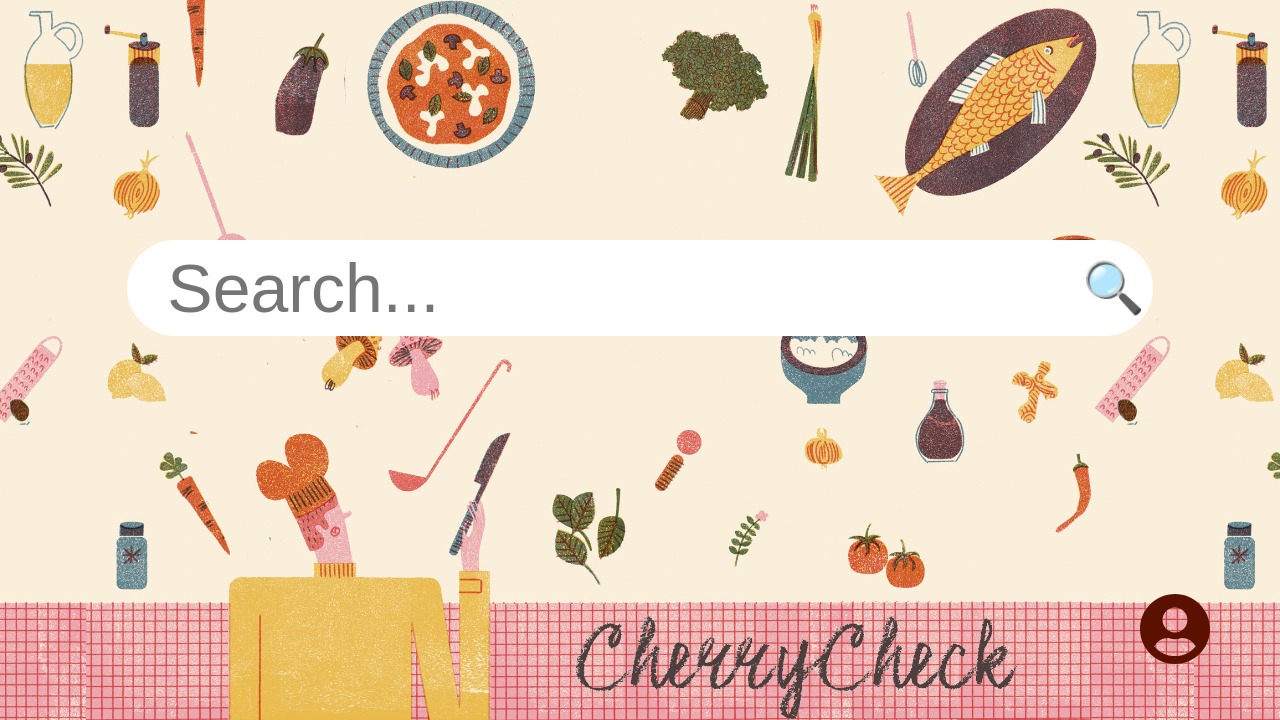
Repository: ChakavakNojavan/CherryCheck
Page: / (app in client/)
An editor plug-in stored every save of this project. The page is shown before and after the next save, followed by the edit.
The browser window is 1280 px wide. The pictures show the whole page.
The project was rebuilt for these pictures with package versions that can differ from the ones it lists, and the page was loaded fresh each time. Also part of the build but not shown: client/src/components/Loading.js, client/src/components/SingleProduct.js, client/src/components/UserProfile.js. Imported but missing from the stored project, and not drawn on this page: client/src/components/LogoutButton.

Above is the page before, as saved 2023-04-12 12:11:07.

After the next save:
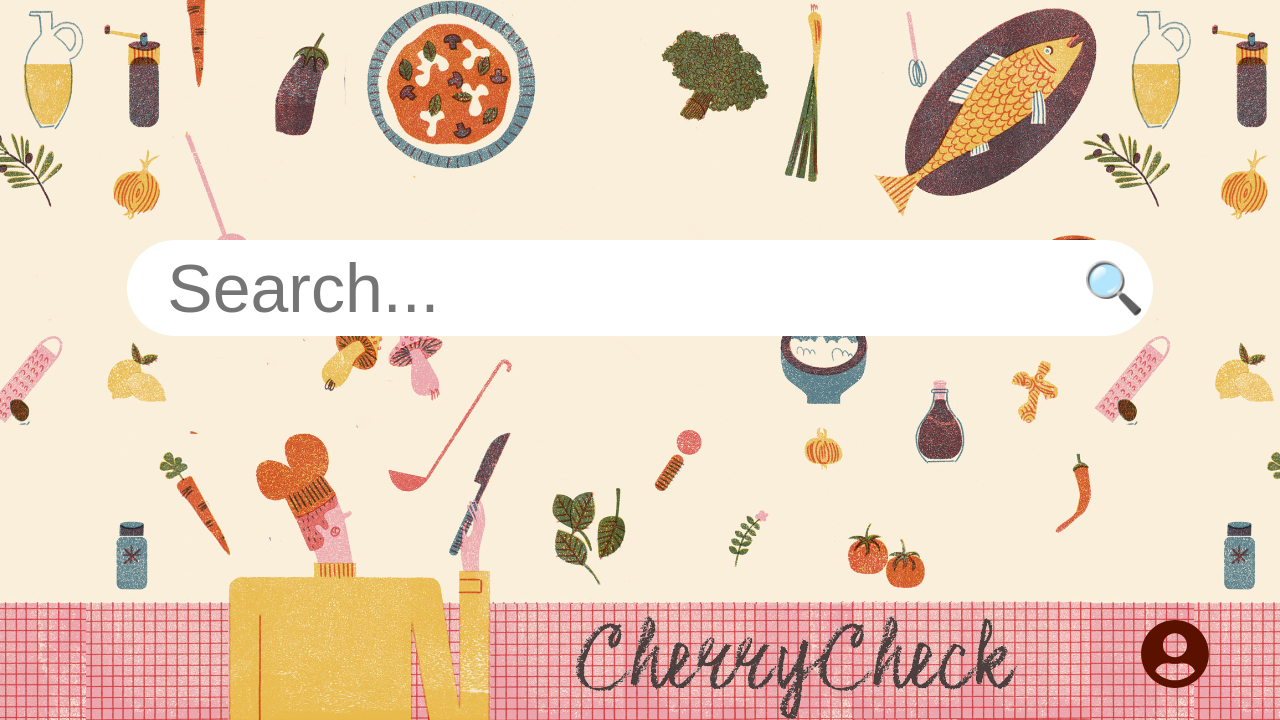
Saved 2 min 37 s later.
--- a/client/src/components/LoginButton.js
+++ b/client/src/components/LoginButton.js
@@ -4,7 +4,7 @@ import { FaUserCircle } from "react-icons/fa";
 import styled from "styled-components";
 
 const Icon = styled(FaUserCircle)`
-  font-size: 120px;
+  font-size: 70px;
   color: rgb(91, 17, 0);
   pointer-events: none;
 `;
